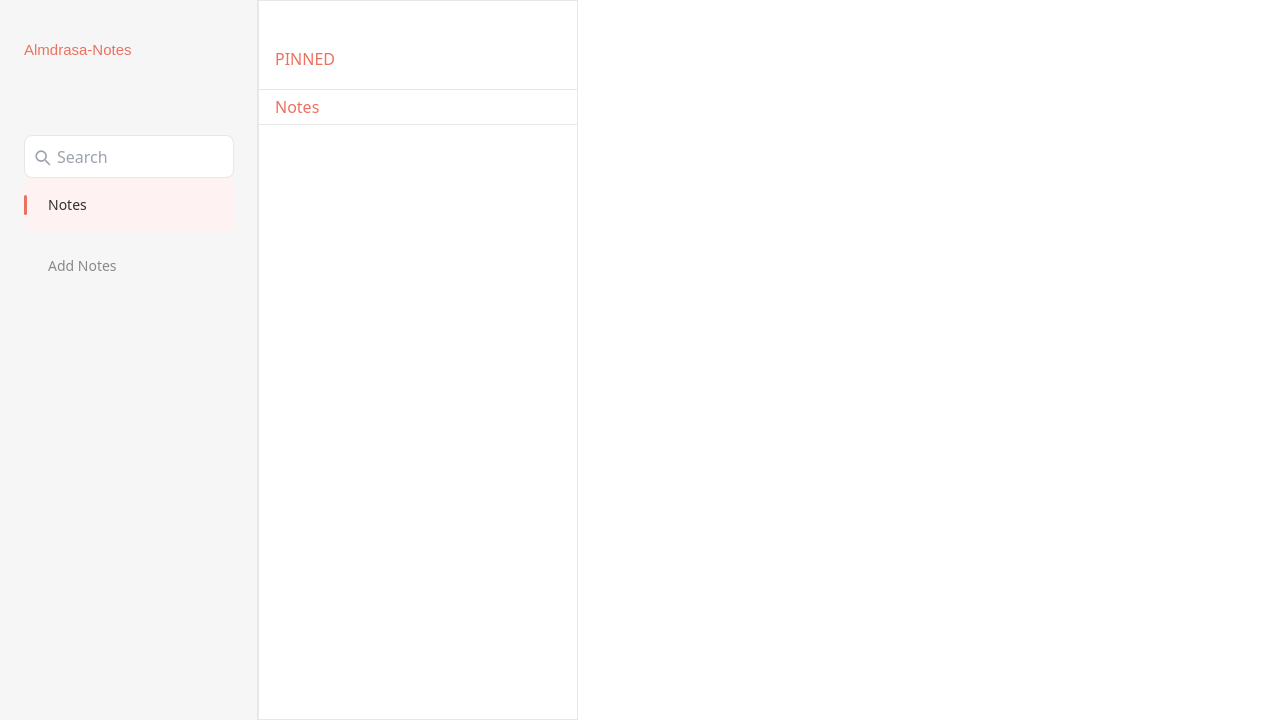
Repository: wafaa399/Note-App
Page: index.html
These files come from the project's save history. The page is drawn as it stood at one moment and after the next save; the edit follows.
The browser window is 1280 px wide. The pictures show the whole page.
Some web fonts or font styles are not loaded; a fallback is used. Some web libraries are served in a nearby version.

Above is the page before, as saved 2026-07-18 00:24:00.

### index.html
<!doctype html>
<html lang="en">
  <head>
    <meta charset="UTF-8" />
    <meta name="viewport" content="width=device-width, initial-scale=1.0" />
    <meta
      name="description"
      content="A notes application built with HTML, CSS, and JavaScript."
    />
    <meta name="keywords" content="notes, HTML, CSS, JavaScript" />
    <link rel="icon" href="/img/Logo.png" type="image/png" />
    <title>Note App</title>
    <script src="https://cdn.tailwindcss.com"></script>
    <link rel="preconnect" href="https://fonts.googleapis.com" />
    <link rel="preconnect" href="https://fonts.gstatic.com" crossorigin />
    <link
      href="https://fonts.googleapis.com/css2?family=Aclonica&display=swap"
      rel="stylesheet"
    />

    <script>
      tailwind.config = {
        theme: {
          extend: {
            fontFamily: {
              aclonica: ["Aclonica", "sans-serif"],
            },
          },
        },
      };
    </script>
  </head>
  <script
    type="module"
    src="https://unpkg.com/ionicons@7.1.0/dist/ionicons/ionicons.esm.js"
  ></script>

  <script
    nomodule
    src="https://unpkg.com/ionicons@7.1.0/dist/ionicons/ionicons.js"
  ></script>

  <body class="bg-gray-100 h-screen overflow-hidden text-sm text-gray-800">
    <div class="flex h-screen w-screen relative">
      <!--------SIDEBAR -------->
      <aside
        id="sidebar"
        class="bg-[#F6F6F6] border-r border-gray-200 flex-shrink-0 overflow-hidden pl-6 pt-10"
        style="width: 16.125rem"
      >
        <div class="w-[8.375rem] h-[1.0625rem]">
          <h1
            class="font-aclonica text-[0.9375rem] text-[#EC7160] font-normal mb-[4.7rem]"
          >
            Almdrasa-Notes
          </h1>

          <div class="relative mb-5 w-[13.125rem] h-[2.6875rem]">
            <input
              type="text"
              placeholder="Search"
              class="w-full h-full text-[1rem] border border-[#E7E7E9] rounded-lg pl-8 py-2 outline-none focus:ring-1 focus:ring-red-400"
            />

            <svg
              class="w-5 h-5 text-gray-400 absolute left-2 top-1/2 -translate-y-1/2"
              fill="none"
              stroke="currentColor"
              viewBox="0 0 24 24"
            >
              <path
                stroke-linecap="round"
                stroke-linejoin="round"
                stroke-width="2"
                d="M21 21l-4.35-4.35M17 11a6 6 0 11-12 0 6 6 0 0112 0z"
              />
            </svg>
            <div class="space-y-2">
              <button
                data-view="notes"
                class="nav-item relative w-full h-[53px] text-left pl-6 rounded bg-red-50 font-medium text-[#303030] flex items-center"
              >
                <span
                  class="absolute left-0 top-1/2 -translate-y-1/2 w-[3px] h-[20px] bg-[#EC7160] rounded-full"
                ></span>
                Notes
              </button>

              <button
                data-view="add"
                class="nav-item w-full h-[53px] text-left pl-6 rounded text-[#898989] flex items-center hover:bg-gray-50"
              >
                Add Notes
              </button>
            </div>
          </div>
        </div>
      </aside>

      <!--============NOTES LIST============ -->
      <section
        class="w-80 flex-shrink-0 border border-[#E7E7E9] bg-white text-[#EC7160] overflow-y-auto"
      >
        <div class="px-4 pt-12">
          <div class="mb-1">
            <p class="text-[1rem] font-normal mb-2">PINNED</p>
            <div id="pinnedList" class="space-y-1"></div>
          </div>

          <div class="mt-5">
            <div
              class="-mx-4 h-[36px] border-y border-[#E7E7E9] flex items-center"
            >
              <p class="px-4 text-[1rem] font-normal">Notes</p>
            </div>

            <div id="notesList" class="space-y-1"></div>
          </div>
        </div>
      </section>
      <!----------TOGGLE BUTTON ------------->
      <!-- <button
        id="toggleBtn"
        class="absolute top-1/2 -translate-y-1/2 z-20 bg-white border border-gray-200 rounded-full w-6 h-6 flex items-center justify-center shadow-sm hover:bg-gray-50 transition-all"
        style="left: 232px"
      >
        <svg
          id="toggleIcon"
          class="w-3.5 h-3.5 text-gray-500 transition-transform"
          fill="none"
          stroke="currentColor"
          viewBox="0 0 24 24"
        >
          <path
            stroke-linecap="round"
            stroke-linejoin="round"
            stroke-width="2"
            d="M15 19l-7-7 7-7"
          />
        </svg>
      </button> -->

      <!-- ============ NOTE DETAIL ============ -->
      <main class="flex-1 overflow-y-auto bg-white">
        <div id="detailView" class="max-w-2xl mx-auto p-8"></div>
      </main>
    </div>
  </body>
</html>

After the next save:
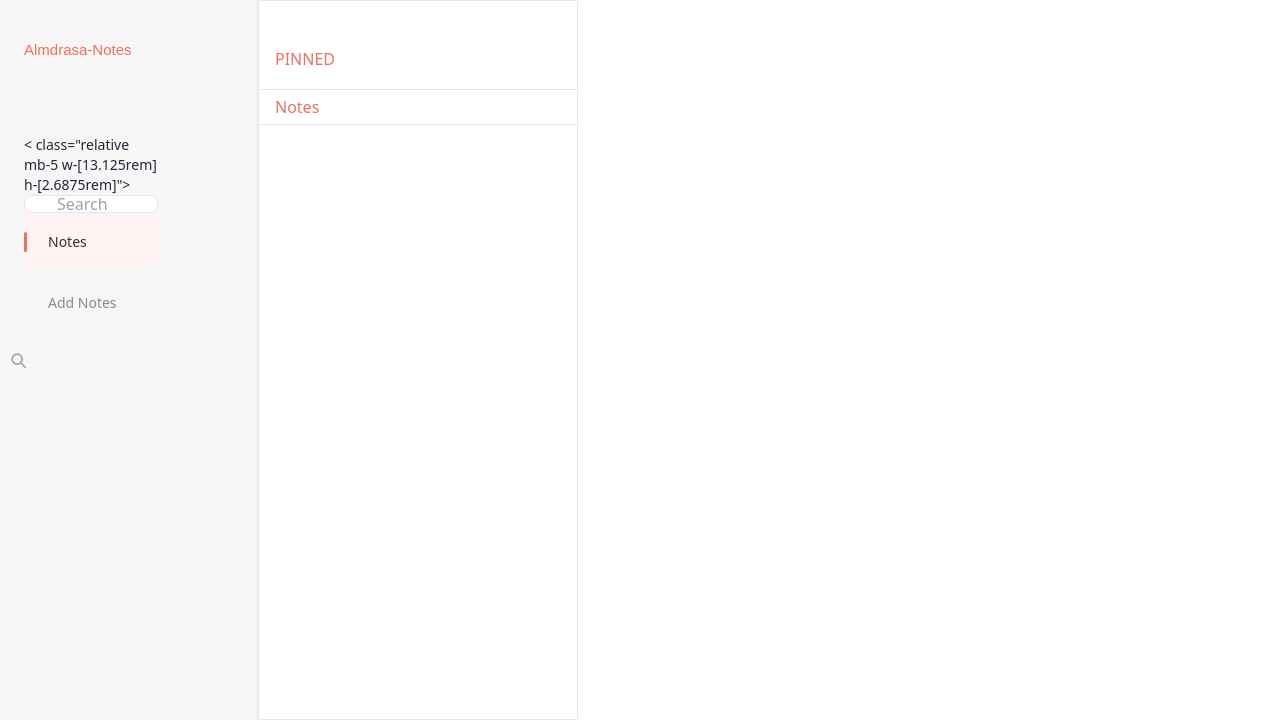
Saved 15 s later.
--- a/index.html
+++ b/index.html
@@ -55,44 +55,43 @@
             Almdrasa-Notes
           </h1>
 
-          <div class="relative mb-5 w-[13.125rem] h-[2.6875rem]">
-            <input
-              type="text"
-              placeholder="Search"
-              class="w-full h-full text-[1rem] border border-[#E7E7E9] rounded-lg pl-8 py-2 outline-none focus:ring-1 focus:ring-red-400"
+          < class="relative mb-5 w-[13.125rem] h-[2.6875rem]">
+          <input
+            type="text"
+            placeholder="Search"
+            class="w-full h-full text-[1rem] border border-[#E7E7E9] rounded-lg pl-8 py-2 outline-none focus:ring-1 focus:ring-red-400"
+          />
+
+          <svg
+            class="w-5 h-5 text-gray-400 absolute left-2 top-1/2 -translate-y-1/2"
+            fill="none"
+            stroke="currentColor"
+            viewBox="0 0 24 24"
+          >
+            <path
+              stroke-linecap="round"
+              stroke-linejoin="round"
+              stroke-width="2"
+              d="M21 21l-4.35-4.35M17 11a6 6 0 11-12 0 6 6 0 0112 0z"
             />
+          </svg>
+          <div class="space-y-2">
+            <button
+              data-view="notes"
+              class="nav-item relative w-full h-[53px] text-left pl-6 rounded bg-red-50 font-medium text-[#303030] flex items-center"
+            >
+              <span
+                class="absolute left-0 top-1/2 -translate-y-1/2 w-[3px] h-[20px] bg-[#EC7160] rounded-full"
+              ></span>
+              Notes
+            </button>
 
-            <svg
-              class="w-5 h-5 text-gray-400 absolute left-2 top-1/2 -translate-y-1/2"
-              fill="none"
-              stroke="currentColor"
-              viewBox="0 0 24 24"
+            <button
+              data-view="add"
+              class="nav-item w-full h-[53px] text-left pl-6 rounded text-[#898989] flex items-center hover:bg-gray-50"
             >
-              <path
-                stroke-linecap="round"
-                stroke-linejoin="round"
-                stroke-width="2"
-                d="M21 21l-4.35-4.35M17 11a6 6 0 11-12 0 6 6 0 0112 0z"
-              />
-            </svg>
-            <div class="space-y-2">
-              <button
-                data-view="notes"
-                class="nav-item relative w-full h-[53px] text-left pl-6 rounded bg-red-50 font-medium text-[#303030] flex items-center"
-              >
-                <span
-                  class="absolute left-0 top-1/2 -translate-y-1/2 w-[3px] h-[20px] bg-[#EC7160] rounded-full"
-                ></span>
-                Notes
-              </button>
-
-              <button
-                data-view="add"
-                class="nav-item w-full h-[53px] text-left pl-6 rounded text-[#898989] flex items-center hover:bg-gray-50"
-              >
-                Add Notes
-              </button>
-            </div>
+              Add Notes
+            </button>
           </div>
         </div>
       </aside>

After the save that followed:
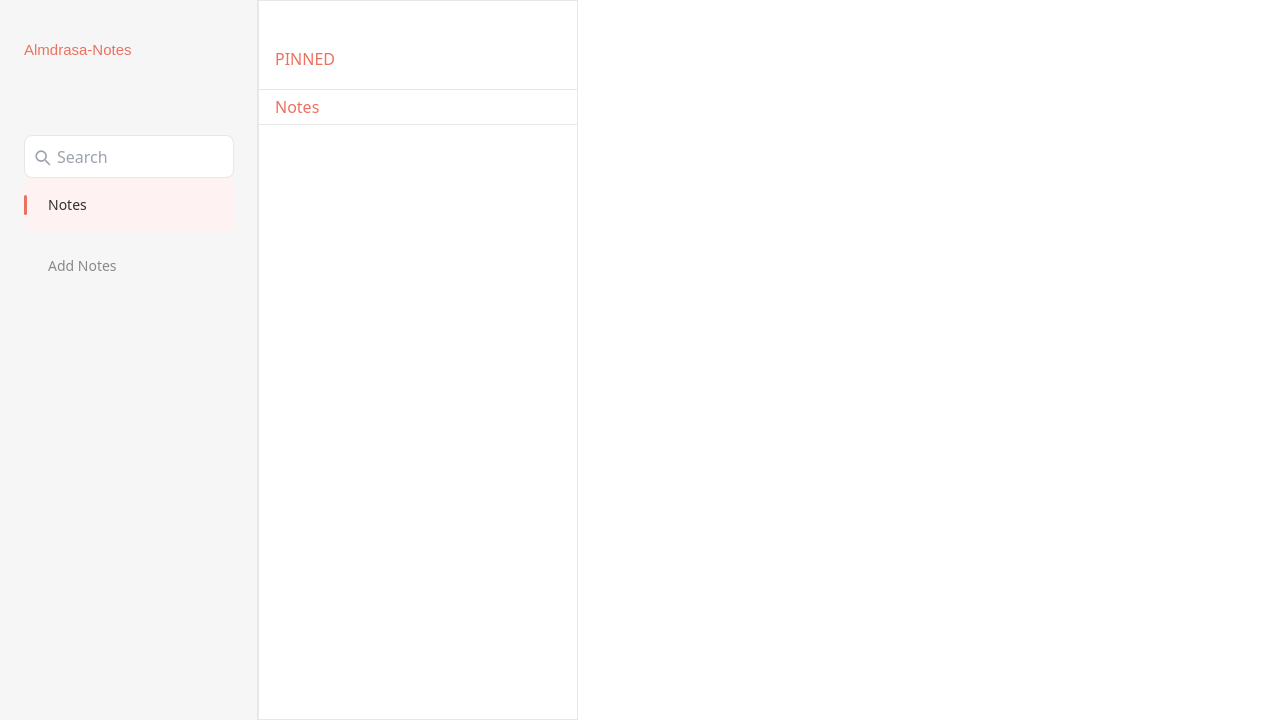
Saved 8 s later.
--- a/index.html
+++ b/index.html
@@ -55,43 +55,44 @@
             Almdrasa-Notes
           </h1>
 
-          < class="relative mb-5 w-[13.125rem] h-[2.6875rem]">
-          <input
-            type="text"
-            placeholder="Search"
-            class="w-full h-full text-[1rem] border border-[#E7E7E9] rounded-lg pl-8 py-2 outline-none focus:ring-1 focus:ring-red-400"
-          />
+          <div class="relative mb-5 w-[13.125rem] h-[2.6875rem]">
+            <input
+              type="text"
+              placeholder="Search"
+              class="w-full h-full text-[1rem] border border-[#E7E7E9] rounded-lg pl-8 py-2 outline-none focus:ring-1 focus:ring-red-400"
+            />
 
-          <svg
-            class="w-5 h-5 text-gray-400 absolute left-2 top-1/2 -translate-y-1/2"
-            fill="none"
-            stroke="currentColor"
-            viewBox="0 0 24 24"
-          >
-            <path
-              stroke-linecap="round"
-              stroke-linejoin="round"
-              stroke-width="2"
-              d="M21 21l-4.35-4.35M17 11a6 6 0 11-12 0 6 6 0 0112 0z"
-            />
-          </svg>
-          <div class="space-y-2">
-            <button
-              data-view="notes"
-              class="nav-item relative w-full h-[53px] text-left pl-6 rounded bg-red-50 font-medium text-[#303030] flex items-center"
+            <svg
+              class="w-5 h-5 text-gray-400 absolute left-2 top-1/2 -translate-y-1/2"
+              fill="none"
+              stroke="currentColor"
+              viewBox="0 0 24 24"
             >
-              <span
-                class="absolute left-0 top-1/2 -translate-y-1/2 w-[3px] h-[20px] bg-[#EC7160] rounded-full"
-              ></span>
-              Notes
-            </button>
+              <path
+                stroke-linecap="round"
+                stroke-linejoin="round"
+                stroke-width="2"
+                d="M21 21l-4.35-4.35M17 11a6 6 0 11-12 0 6 6 0 0112 0z"
+              />
+            </svg>
+            <div class="space-y-2">
+              <button
+                data-view="notes"
+                class="nav-item relative w-full h-[53px] text-left pl-6 rounded bg-red-50 font-medium text-[#303030] flex items-center"
+              >
+                <span
+                  class="absolute left-0 top-1/2 -translate-y-1/2 w-[3px] h-[20px] bg-[#EC7160] rounded-full"
+                ></span>
+                Notes
+              </button>
 
-            <button
-              data-view="add"
-              class="nav-item w-full h-[53px] text-left pl-6 rounded text-[#898989] flex items-center hover:bg-gray-50"
-            >
-              Add Notes
-            </button>
+              <button
+                data-view="add"
+                class="nav-item w-full h-[53px] text-left pl-6 rounded text-[#898989] flex items-center hover:bg-gray-50"
+              >
+                Add Notes
+              </button>
+            </div>
           </div>
         </div>
       </aside>
